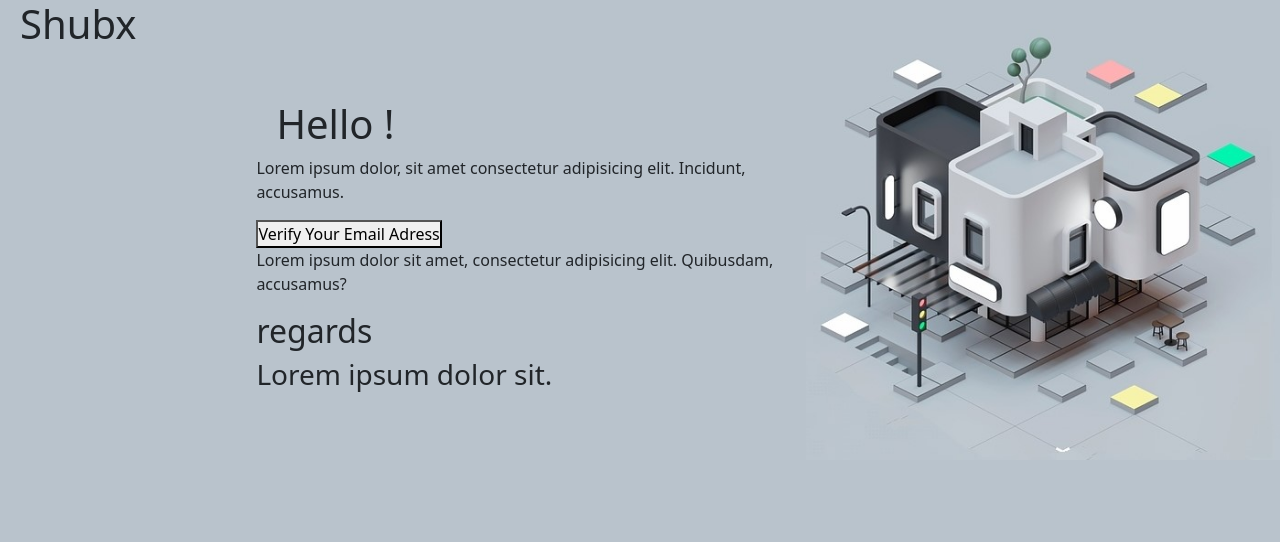
Repository: Aayush919/taskui
Page: index.html
These files come from the project's save history. The page is drawn as it stood at one moment and after the next save; the edit follows.
The browser window is 1280 px wide. The pictures show the whole page.

Above is the page before, as saved 2024-01-12 12:48:57.

After the next save:
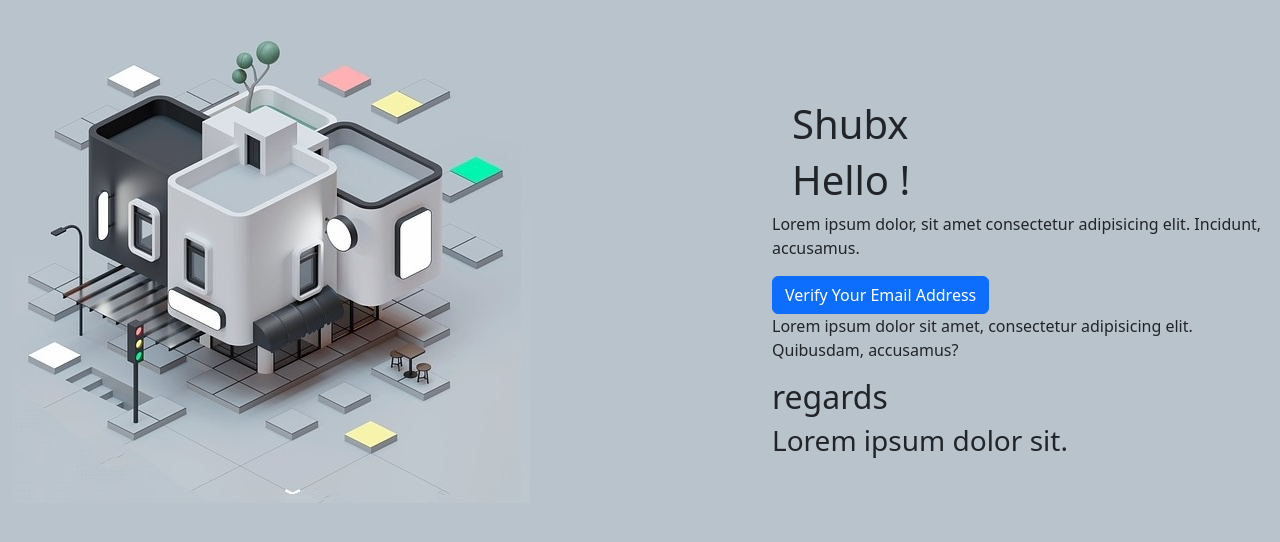
Saved 8 min 39 s later.
--- a/index.html
+++ b/index.html
@@ -1,41 +1,39 @@
-<!doctype html>
+<!DOCTYPE html>
 <html lang="en">
 
 <head>
-    <meta charset="utf-8">
-    <meta name="viewport" content="width=device-width, initial-scale=1">
-    <title>Bootstrap demo</title>
-    <link href="https://cdn.jsdelivr.net/npm/bootstrap@5.3.2/dist/css/bootstrap.min.css" rel="stylesheet"
-        integrity="sha384-T3c6CoIi6uLrA9TneNEoa7RxnatzjcDSCmG1MXxSR1GAsXEV/Dwwykc2MPK8M2HN" crossorigin="anonymous">
-        <link rel="stylesheet" href="style.css">
+  <meta charset="utf-8">
+  <meta name="viewport" content="width=device-width, initial-scale=1">
+  <title>Bootstrap demo</title>
+  <link href="https://cdn.jsdelivr.net/npm/bootstrap@5.3.2/dist/css/bootstrap.min.css" rel="stylesheet"
+    integrity="sha384-T3c6CoIi6uLrA9TneNEoa7RxnatzjcDSCmG1MXxSR1GAsXEV/Dwwykc2MPK8M2HN" crossorigin="anonymous">
+  <link rel="stylesheet" href="style.css">
 </head>
 
-<body>
+<body class="bg-light">
 
+  <div class="container-fluid custom-bg">
+    <div class="row">
+      <div class="col-lg-6 left">
+        <img src="./bg.jpg" alt="Background Image" class="img-fluid">
+      </div>
+      <div class="col-lg-6 right">
+        <div class="top">
+          <h1>Shubx</h1>
+          <h1>Hello !</h1>
+          <p>Lorem ipsum dolor, sit amet consectetur adipisicing elit. Incidunt, accusamus.</p>
+          <button class="btn btn-primary">Verify Your Email Address</button>
+          <p>Lorem ipsum dolor sit amet, consectetur adipisicing elit. Quibusdam, accusamus?</p>
+          <h2>regards</h2>
+          <h3>Lorem ipsum dolor sit.</h3>
+        </div>
+      </div>
+    </div>
+  </div>
 
-
-    <div class="custom-bg">
-      <h1>Shubx</h1>
-        <div class="right">
-          <div class="top">
-            <h1>Hello !</h1>
-            <p>Lorem ipsum dolor, sit amet consectetur adipisicing elit. Incidunt, accusamus.</p>
-            <button>Verify Your Email Adress</button>
-            <p>Lorem ipsum dolor sit amet, consectetur adipisicing elit. Quibusdam, accusamus?</p>
-            <h2>regards</h2>
-            <h3>Lorem ipsum dolor sit.</h3>
-          </div>
-        </div>
-        <div class="left">
-            <img src="./bg.jpg" alt="" class="img-fluid">
-        </div>
-    </div>
-
-    <script src="https://cdn.jsdelivr.net/npm/bootstrap@5.3.2/dist/js/bootstrap.bundle.min.js"
-        integrity="sha384-C6RzsynM9kWDrMNeT87bh95OGNyZPhcTNXj1NW7RuBCsyN/o0jlpcV8Qyq46cDfL"
-        crossorigin="anonymous"></script>
+  <script src="https://cdn.jsdelivr.net/npm/bootstrap@5.3.2/dist/js/bootstrap.bundle.min.js"
+    integrity="sha384-C6RzsynM9kWDrMNeT87bh95OGNyZPhcTNXj1NW7RuBCsyN/o0jlpcV8Qyq46cDfL"
+    crossorigin="anonymous"></script>
 </body>
 
 </html>
-
-<!-- -->
